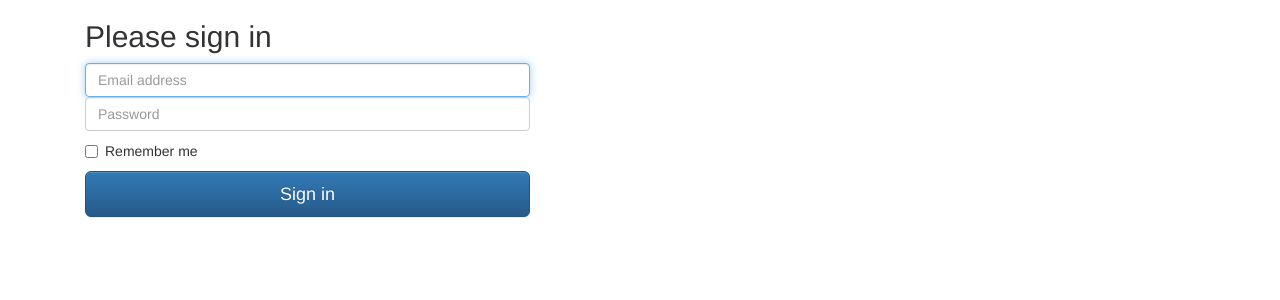
Repository: hrhwbp/Acorn-Final-Project
Page: http://localhost/final_project/index.jsp
An editor plug-in stored every save of this project. The page is shown before and after the next save, followed by the edit.
The browser window is 1280 px wide. The pictures show the whole page.
Some web libraries are served in a nearby version. The page is served by Tomcat 9.

Above is the page before, as saved 2016-10-25 08:01:00.

After the next save:
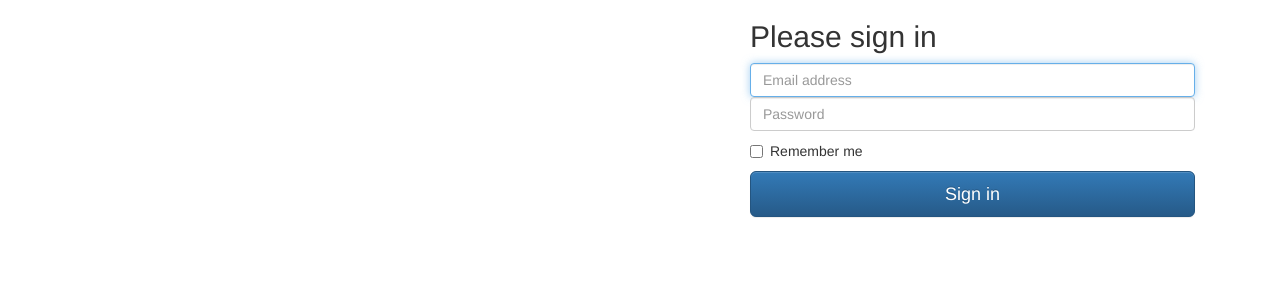
Saved 14 s later.
--- a/final_project/src/main/webapp/index.jsp
+++ b/final_project/src/main/webapp/index.jsp
@@ -21,7 +21,7 @@
 </head>
 <body>
 <div class="container">
-	<div class="container">
+	<div class="container col-md-5 col-md-offset-2">
 
 	</div>
 	<div class="container col-md-5">
